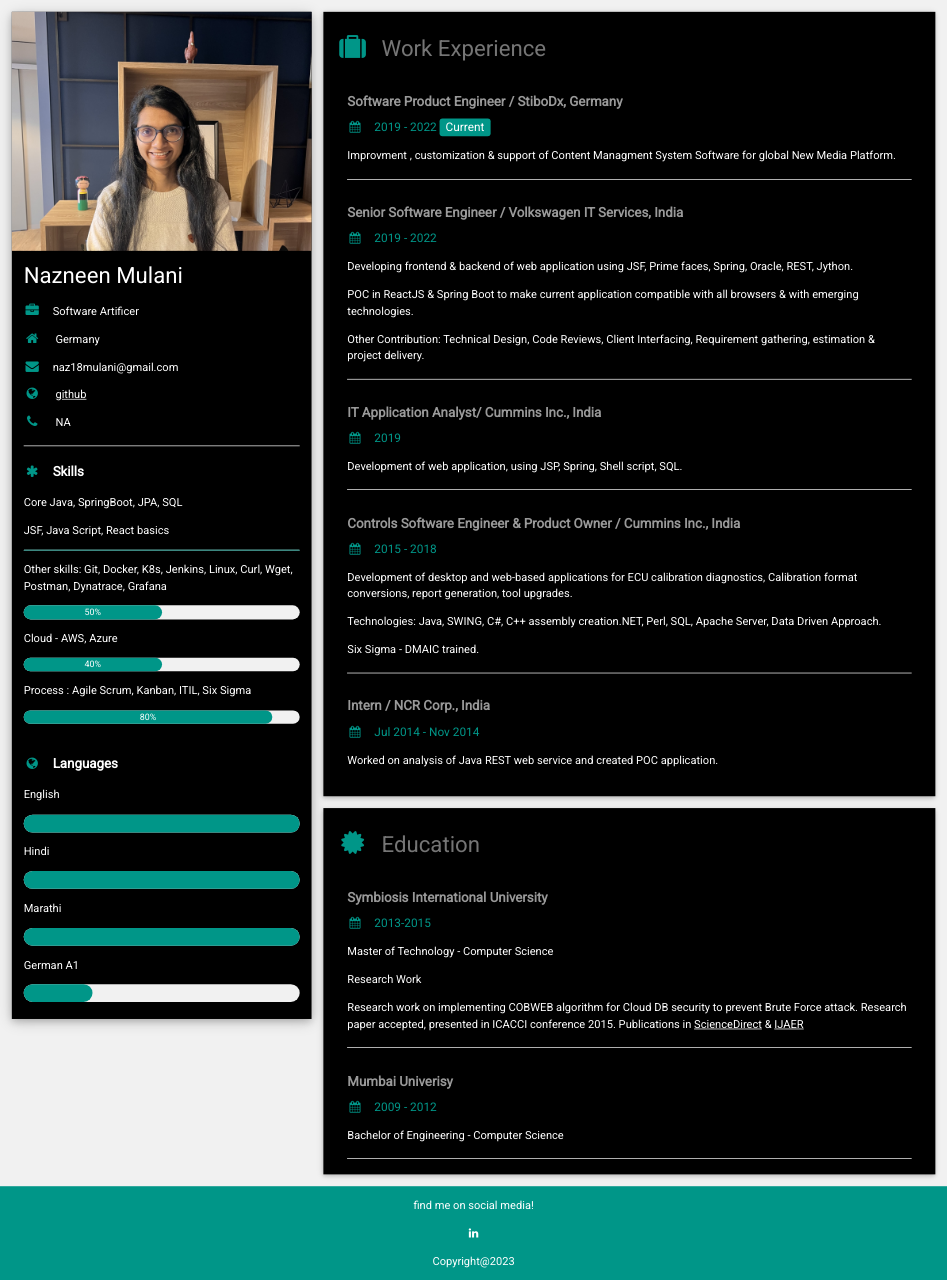
Repository: nazneenprojects/nazneen.github.io
Page: index.html
These files come from the project's save history. The page is drawn as it stood at one moment and after the next save; the edit follows.
The browser window is 1280 px wide. The pictures show the whole page, at 74% of full size.

Above is the page before, as saved 2023-07-09 11:41:41.

### index.html
<!DOCTYPE html>
<html>
<title>Nazneen Portfolio</title>
<meta charset="UTF-8">
<meta name="viewport" content="width=device-width, initial-scale=1">
<link rel="stylesheet" href="https://www.w3schools.com/w3css/4/w3.css">
<link rel='stylesheet' href='https://fonts.googleapis.com/css?family=Roboto'>
<link rel="stylesheet" href="https://cdnjs.cloudflare.com/ajax/libs/font-awesome/4.7.0/css/font-awesome.min.css">
<style>
html,body,h1,h2,h3,h4,h5,h6 {font-family: "Roboto", sans-serif}
</style>
<body class="w3-light-grey">

<!-- Page Container -->
<div class="w3-content w3-margin-top" style="max-width:1400px;">

  <!-- The Grid -->
  <div class="w3-row-padding">

    <!-- Left Column -->
    <div class="w3-third">

      <div class="w3-black w3-text-white w3-card-4">
        <div class="w3-display-container">
          <img src="IMG_NazneenM.JPG" style="width:100%" alt="Avatar">
          <div class="w3-display-bottomleft w3-container w3-text-black">
          </div>
        </div>
        <div class="w3-container">
          <h2>Nazneen Mulani</h2>
          <p><i class="fa fa-briefcase fa-fw w3-margin-right w3-large w3-text-teal"></i>Software Artificer</p>
          <p><i class="fa fa-home fa-fw w3-margin-right w3-large w3-text-teal"></i> Germany </p>
          <p><i class="fa fa-envelope fa-fw w3-margin-right w3-large w3-text-teal"></i>naz18mulani@gmail.com</p>
          <p><i class="fa fa-globe fa-fw w3-margin-right w3-large w3-text-teal"></i>
          <a href="https://github.com/nazneenprojects">github</a>
          </p>
          <p><i class="fa fa-phone fa-fw w3-margin-right w3-large w3-text-teal"></i> NA </p>
          <hr>

          <p class="w3-large"><b><i class="fa fa-asterisk fa-fw w3-margin-right w3-text-teal"></i>Skills</b></p>
          <p>Core Java, SpringBoot, JPA, SQL</p>
          <div class="w3-light-grey w3-square-xlarge w3-small">
          </div>
          <p>JSF, Java Script, React basics</p>
          <div class="w3-light-grey w3-round-xlarge w3-small">
            <div class="w3-container w3-center w3-round-xlarge w3-teal" style="width:100%">
            </div>
          </div>
          <p>Other skills: Git, Docker, K8s, Jenkins, Linux, Curl, Wget, Postman, Dynatrace, Grafana</p>
          <div class="w3-light-grey w3-round-xlarge w3-small">
            <div class="w3-container w3-center w3-round-xlarge w3-teal" style="width:50%">50%</div>
          </div>
          <p>Cloud - AWS, Azure</p>
          <div class="w3-light-grey w3-round-xlarge w3-small">
            <div class="w3-container w3-center w3-round-xlarge w3-teal" style="width:50%">40%</div>
          </div>
          <p>Process : Agile Scrum, Kanban, ITIL, Six Sigma</p>
          <div class="w3-light-grey w3-round-xlarge w3-small">
            <div class="w3-container w3-center w3-round-xlarge w3-teal" style="width:90%">80%</div>
          </div>
          <br>

          <p class="w3-large w3-text-theme"><b><i class="fa fa-globe fa-fw w3-margin-right w3-text-teal"></i>Languages</b></p>
          <p>English</p>
          <div class="w3-light-grey w3-round-xlarge">
            <div class="w3-round-xlarge w3-teal" style="height:24px;width:100%"></div>
          </div>
          <p>Hindi</p>
          <div class="w3-light-grey w3-round-xlarge">
            <div class="w3-round-xlarge w3-teal" style="height:24px;width:100%"></div>
          </div>
          <p>Marathi</p>
          <div class="w3-light-grey w3-round-xlarge">
            <div class="w3-round-xlarge w3-teal" style="height:24px;width:100%"></div>
          </div>
          <p>German A1</p>
          <div class="w3-light-grey w3-round-xlarge">
            <div class="w3-round-xlarge w3-teal" style="height:24px;width:25%"></div>
          </div>
          <br>
        </div>
      </div><br>

    <!-- End Left Column -->
    </div>

    <!-- Right Column -->
    <div class="w3-twothird">

      <div class="w3-container w3-card w3-black w3-margin-bottom">
        <h2 class="w3-text-grey w3-padding-16"><i class="fa fa-suitcase fa-fw w3-margin-right w3-xxlarge w3-text-teal"></i>Work Experience</h2>
        <div class="w3-container">
          <h5 class="w3-opacity"><b>Software Product Engineer / StiboDx, Germany</b></h5>
          <h6 class="w3-text-teal"><i class="fa fa-calendar fa-fw w3-margin-right"></i>2019 - 2022 <span class="w3-tag w3-teal w3-round">Current</span></h6>
          <p> Improvment , customization & support of Content Managment System Software for global New Media Platform.</p>
          <hr>
        </div>
        <div class="w3-container">
          <h5 class="w3-opacity"><b>Senior Software Engineer / Volkswagen IT Services, India</b></h5>
          <h6 class="w3-text-teal"><i class="fa fa-calendar fa-fw w3-margin-right"></i>2019 - 2022</h6>
          <p>Developing frontend & backend of web application using JSF, Prime faces, Spring, Oracle, REST, Jython.</p>
          <p>POC in ReactJS & Spring Boot to make current application compatible with all browsers & with emerging technologies.</p>
          <p>Other Contribution: Technical Design, Code Reviews, Client Interfacing, Requirement gathering, estimation & project delivery.</p>
          <hr>
        </div>
        <div class="w3-container">
          <h5 class="w3-opacity"><b>IT Application Analyst/ Cummins Inc., India</b></h5>
          <h6 class="w3-text-teal"><i class="fa fa-calendar fa-fw w3-margin-right"></i>2019 </h6>
          <p>Development of web application, using JSP, Spring, Shell script, SQL.</p>
          <hr>
        </div>
        <div class="w3-container">
          <h5 class="w3-opacity"><b>Controls Software Engineer & Product Owner / Cummins Inc., India</b></h5>
          <h6 class="w3-text-teal"><i class="fa fa-calendar fa-fw w3-margin-right"></i>2015 - 2018</h6>
          <p>Development of desktop and web-based applications for ECU calibration diagnostics, Calibration format conversions, report generation, tool upgrades.</p>
          <p>Technologies: Java, SWING, C#, C++ assembly creation.NET, Perl, SQL, Apache Server, Data Driven Approach.</p>
          <p>Six Sigma - DMAIC trained.</p>
          <hr>
        </div>
        <div class="w3-container">
          <h5 class="w3-opacity"><b>Intern / NCR Corp., India</b></h5>
          <h6 class="w3-text-teal"><i class="fa fa-calendar fa-fw w3-margin-right"></i>Jul 2014 - Nov 2014</h6>
          <p>Worked on analysis of Java REST web service and created POC application. </p><br>
        </div>
      </div>

      <div class="w3-container w3-card w3-black">
        <h2 class="w3-text-grey w3-padding-16"><i class="fa fa-certificate fa-fw w3-margin-right w3-xxlarge w3-text-teal"></i>Education</h2>
        <div class="w3-container">
          <h5 class="w3-opacity"><b> Symbiosis International University</b></h5>
          <h6 class="w3-text-teal"><i class="fa fa-calendar fa-fw w3-margin-right"></i>2013-2015</h6>
          <p>Master of Technology - Computer Science</p>
          <p>Research Work</p>
          <p>
            Research work on implementing COBWEB algorithm for Cloud DB security to prevent Brute Force attack. Research paper accepted, presented in ICACCI conference 2015. Publications in

            <a href="https://www.sciencedirect.com/science/article/pii/S1877050915005359">ScienceDirect</a> &
            <a href="https://www.ripublication.com/Volume/ijaerv10n12.htm">IJAER</a>
          </p>
          <hr>
        </div>
        <div class="w3-container">
          <h5 class="w3-opacity"><b>Mumbai Univerisy</b></h5>
          <h6 class="w3-text-teal"><i class="fa fa-calendar fa-fw w3-margin-right"></i>2009 - 2012</h6>
          <p>Bachelor of Engineering - Computer Science</p>
          <hr>
        </div>
      </div>

    <!-- End Right Column -->
    </div>

  <!-- End Grid -->
  </div>

  <!-- End Page Container -->
</div>

<footer class="w3-container w3-teal w3-center w3-margin-top">

  <p>find me on social media!</p>
  <a href="https://www.linkedin.com/in/nazneen-mulani-05004012a/"> <i class="fa fa-linkedin w3-hover-opacity"></i></a>
  <p>Copyright@2023</p>
 <!--
  <i class="fa fa-facebook-official w3-hover-opacity"></i>
  <i class="fa fa-instagram w3-hover-opacity"></i>
  <i class="fa fa-snapchat w3-hover-opacity"></i>
  <i class="fa fa-pinterest-p w3-hover-opacity"></i>
  <i class="fa fa-twitter w3-hover-opacity"></i>
  <p>Powered by <a href="https://www.w3schools.com/w3css/default.asp" target="_blank">w3.css</a></p>
 -->
</footer>

</body>
</html>

After the next save:
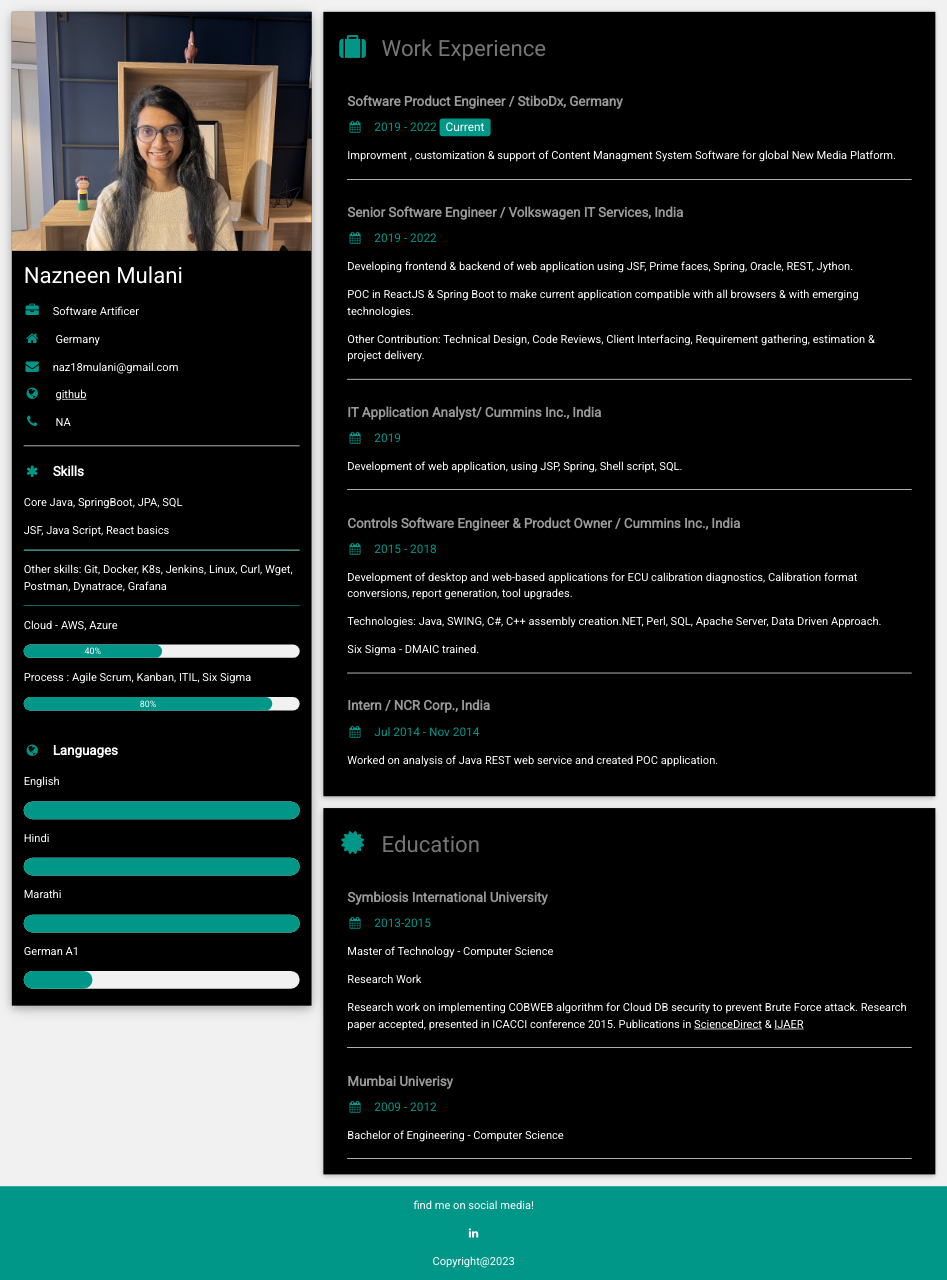
Saved 29 s later.
--- a/index.html
+++ b/index.html
@@ -48,7 +48,7 @@
           </div>
           <p>Other skills: Git, Docker, K8s, Jenkins, Linux, Curl, Wget, Postman, Dynatrace, Grafana</p>
           <div class="w3-light-grey w3-round-xlarge w3-small">
-            <div class="w3-container w3-center w3-round-xlarge w3-teal" style="width:50%">50%</div>
+            <div class="w3-container w3-center w3-square-xlarge w3-teal" style="width:100%"></div>
           </div>
           <p>Cloud - AWS, Azure</p>
           <div class="w3-light-grey w3-round-xlarge w3-small">
